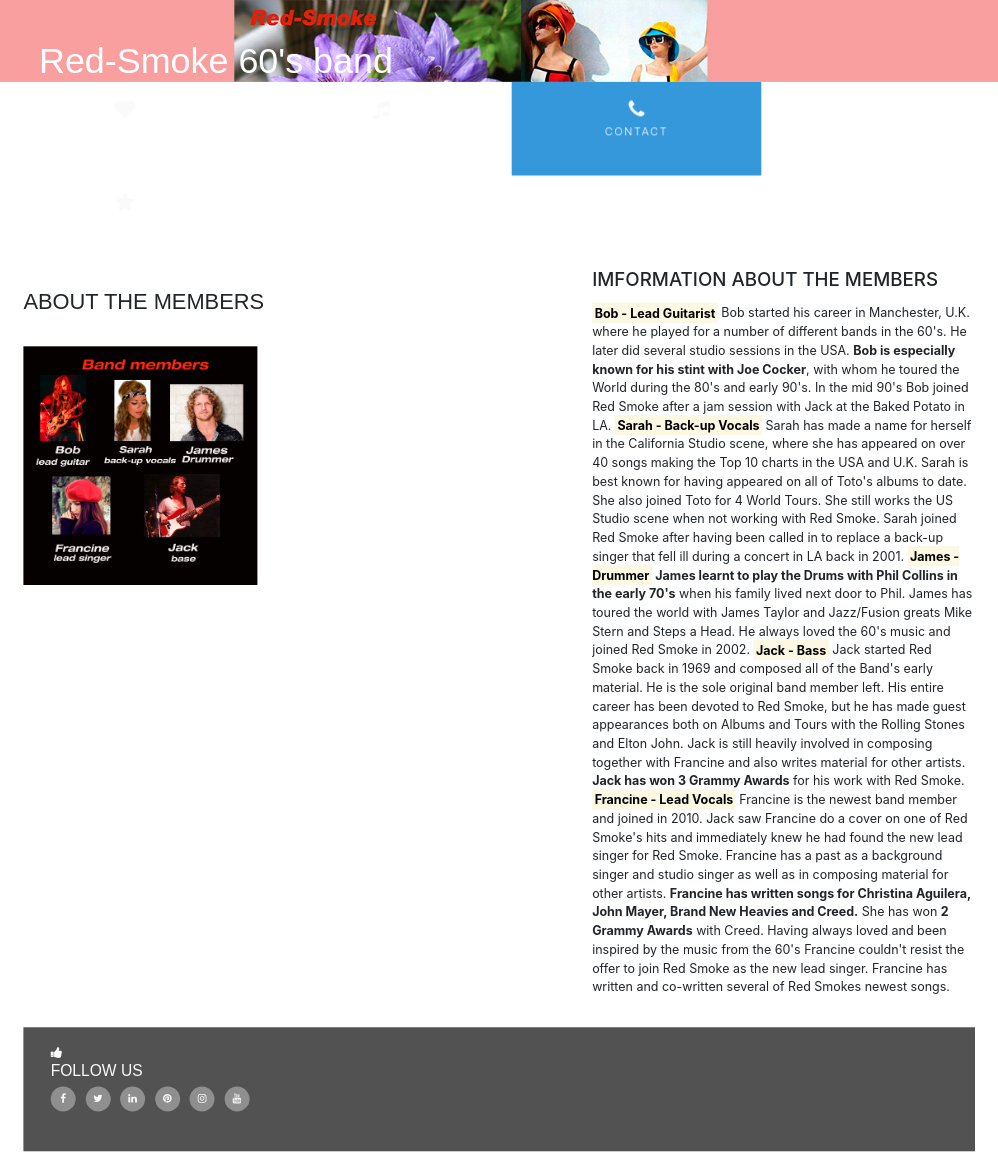
Repository: eazeldon/first-website-project
Page: pictures.html
The author's editor kept a record of every edit. The page is drawn from the files as they stood at one moment, then again after the next edit.
The browser window is 1280 px wide. The pictures show the whole page, at 78% of full size.

Above is the page before.

After the next edit:
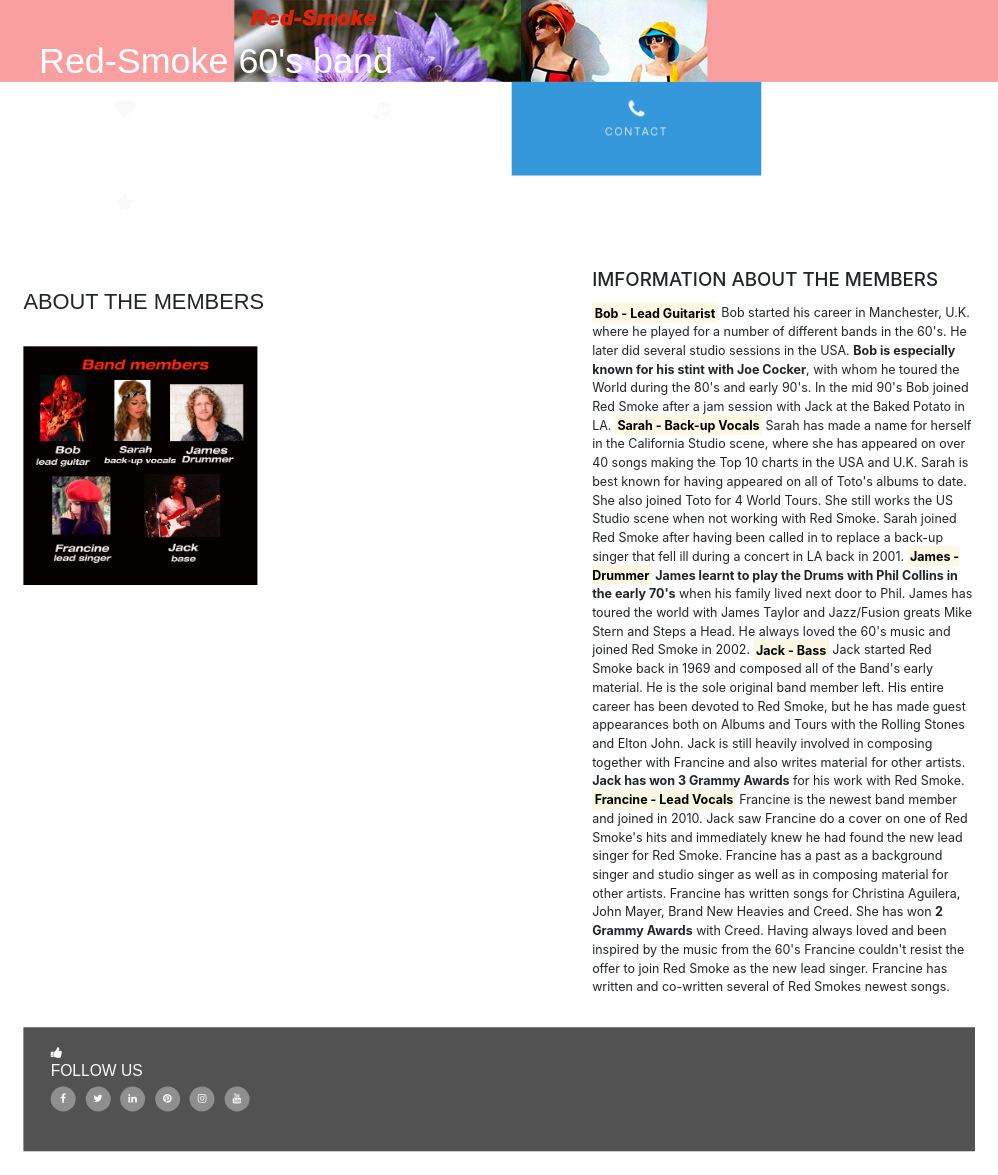
The edit:
--- a/pictures.html
+++ b/pictures.html
@@ -118,7 +118,7 @@
                                     Francine is the newest band member and joined in 2010.
                                     Jack saw Francine do a cover on one of Red Smoke's hits and immediately knew he had found the new lead singer for Red Smoke.
                                     Francine has a past as a background singer and studio singer as well as in composing material for other artists.
-                                    <strong>Francine has written songs for Christina Aguilera, John Mayer, Brand New Heavies and Creed.</strong> She has won <strong>2 Grammy Awards</strong> with Creed.
+                                    Francine has written songs for Christina Aguilera, John Mayer, Brand New Heavies and Creed. She has won <strong>2 Grammy Awards</strong> with Creed.
                                     Having always loved and been inspired by the music from the 60's Francine couldn't resist the offer to join Red Smoke as the new lead singer.
                                     Francine has written and co-written several of Red Smokes newest songs.
 
